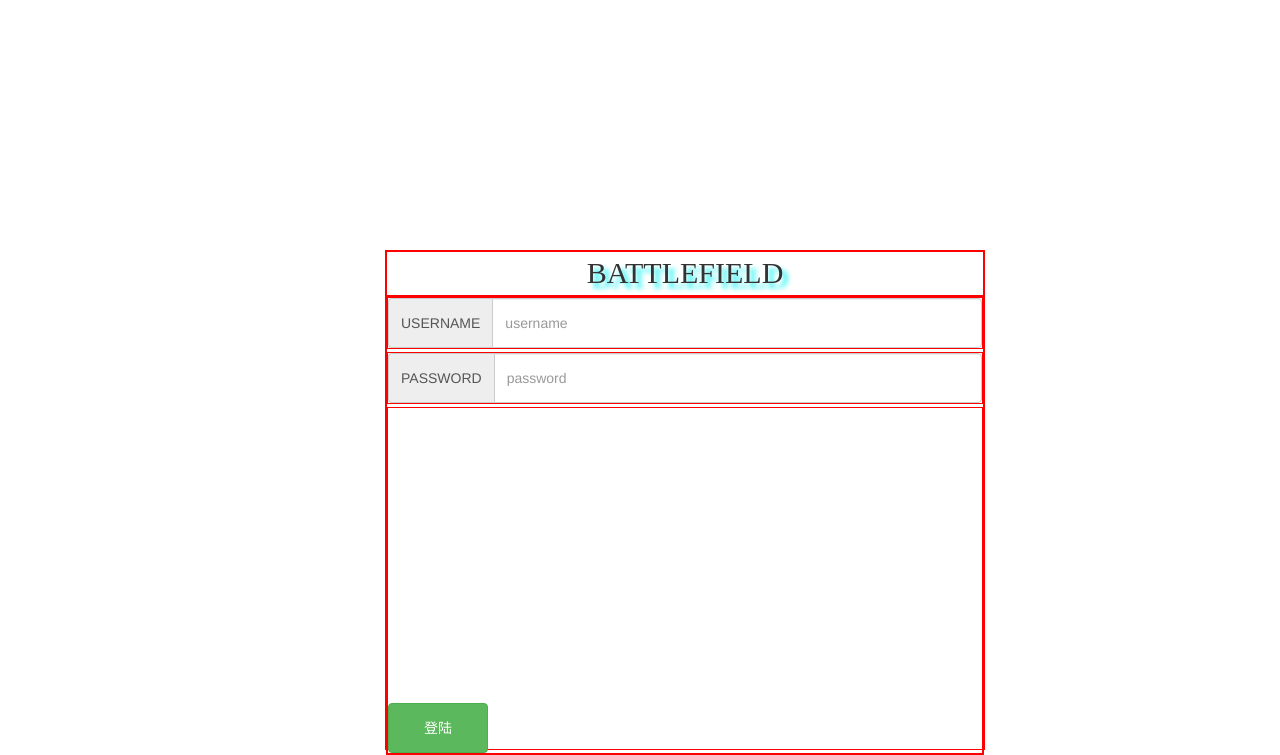
Repository: Tuzijing/Battlefield
Page: http://localhost/static/views/login/login.php
The author's editor kept a copy of each file at every save. The page is drawn from the files as they stood at one save, then again after the next save.
The browser window is 1280 px wide. The pictures show the whole page.
The page is run by PHP 8.4 with error messages shown; the project is at /var/www/html/.

Above is the page before, as saved 2018-07-11 16:18:01.

After the next save:
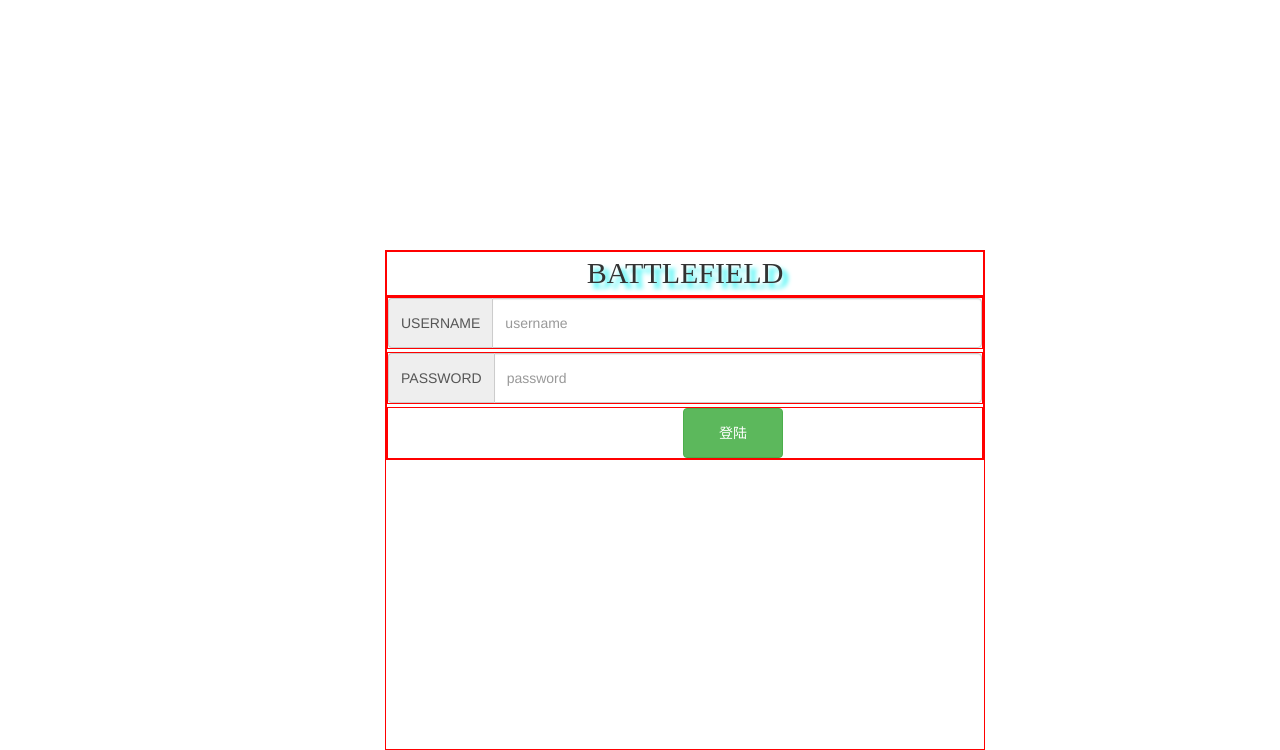
Saved 26 s later.
--- a/BattlefieldWebP/static/common/css/login/login.css
+++ b/BattlefieldWebP/static/common/css/login/login.css
@@ -34,7 +34,7 @@
 	height:50px;
 }
 #login_btn{
-	margin-top:295px;
+	margin-left:295px;
 	width:100px;
 	height:50px;
 }
